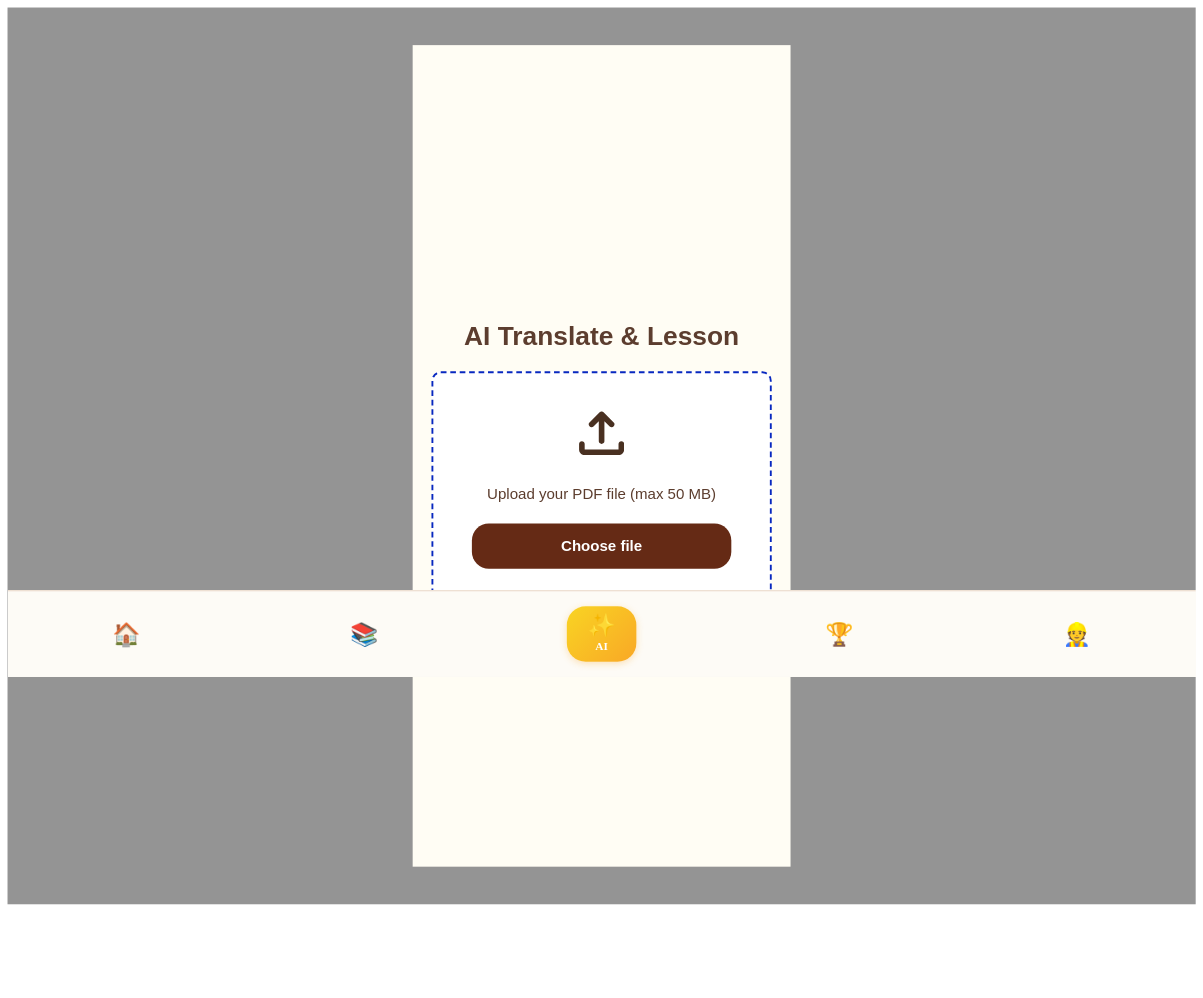
Repository: richelletiongson/Jargon_FrontendShowcase
Page: / (app in jargon_frontend/)
An editor plug-in stored every save of this project. The page is shown before and after the next save, followed by the edit.
The browser window is 1280 px wide. The pictures show the whole page, at 94% of full size.
An inner scrolling area shows only its first screen. The project was rebuilt for these pictures with package versions that can differ from the ones it lists, and the page was loaded fresh each time. Also part of the build but not shown: jargon_frontend/vite.config.js, jargon_frontend/src/index.css, jargon_frontend/src/home_pages/Home.jsx, jargon_frontend/src/course_pages/Course.jsx, jargon_frontend/src/charts_pages/Charts.jsx, jargon_frontend/src/profile_pages/Profile.jsx.

Above is the page before, as saved 2025-10-22 14:54:31.

After the next save:
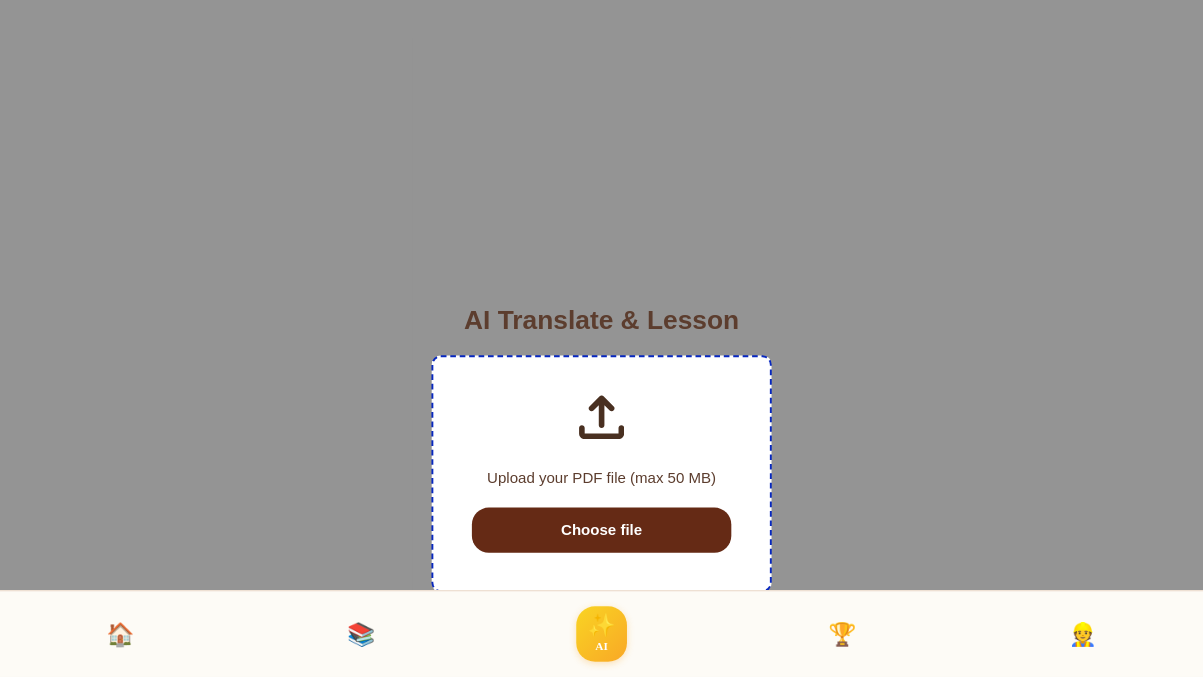
Saved 2 min 53 s later.
--- a/jargon_frontend/src/App.css
+++ b/jargon_frontend/src/App.css
@@ -1,7 +1,37 @@
+* {
+  margin: 0;
+  padding: 0;
+  box-sizing: border-box;
+}
+
+html, body {
+  margin: 0;
+  padding: 0;
+  height: 100%;
+  overflow-x: hidden;
+}
+
 #root {
+  margin: 0;
+  padding: 0;
+  min-height: 100vh;
+  display: flex;
+  flex-direction: column;
+}
+
+.page {
+  display: flex;
+  flex-direction: column;
+  min-height: 100vh;
+  background-color: #949494;
+}
+
+.main-content {
+  background-color: #949494;
+  flex: 1;
+  display: flex;
+  justify-content: center;
+  align-items: center;
   padding: 0;
   margin: 0;
 }
-main {
-  background-color: #949494 ;
-}

After the save that followed:
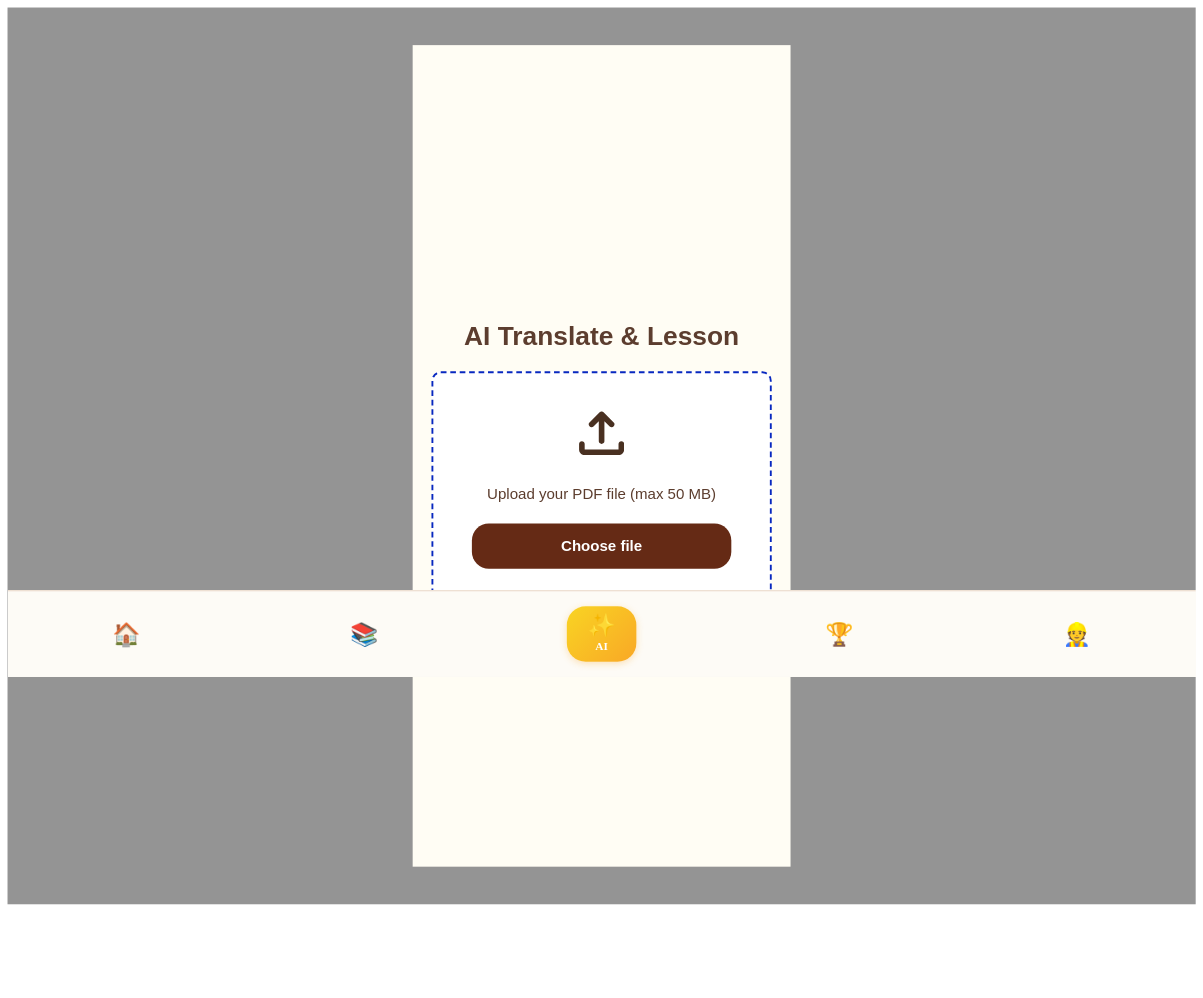
Saved 28 s later.
--- a/jargon_frontend/src/App.css
+++ b/jargon_frontend/src/App.css
@@ -1,37 +1,7 @@
-* {
-  margin: 0;
-  padding: 0;
-  box-sizing: border-box;
-}
-
-html, body {
-  margin: 0;
-  padding: 0;
-  height: 100%;
-  overflow-x: hidden;
-}
-
 #root {
-  margin: 0;
-  padding: 0;
-  min-height: 100vh;
-  display: flex;
-  flex-direction: column;
-}
-
-.page {
-  display: flex;
-  flex-direction: column;
-  min-height: 100vh;
-  background-color: #949494;
-}
-
-.main-content {
-  background-color: #949494;
-  flex: 1;
-  display: flex;
-  justify-content: center;
-  align-items: center;
   padding: 0;
   margin: 0;
 }
+main {
+  background-color: #949494 ;
+}
